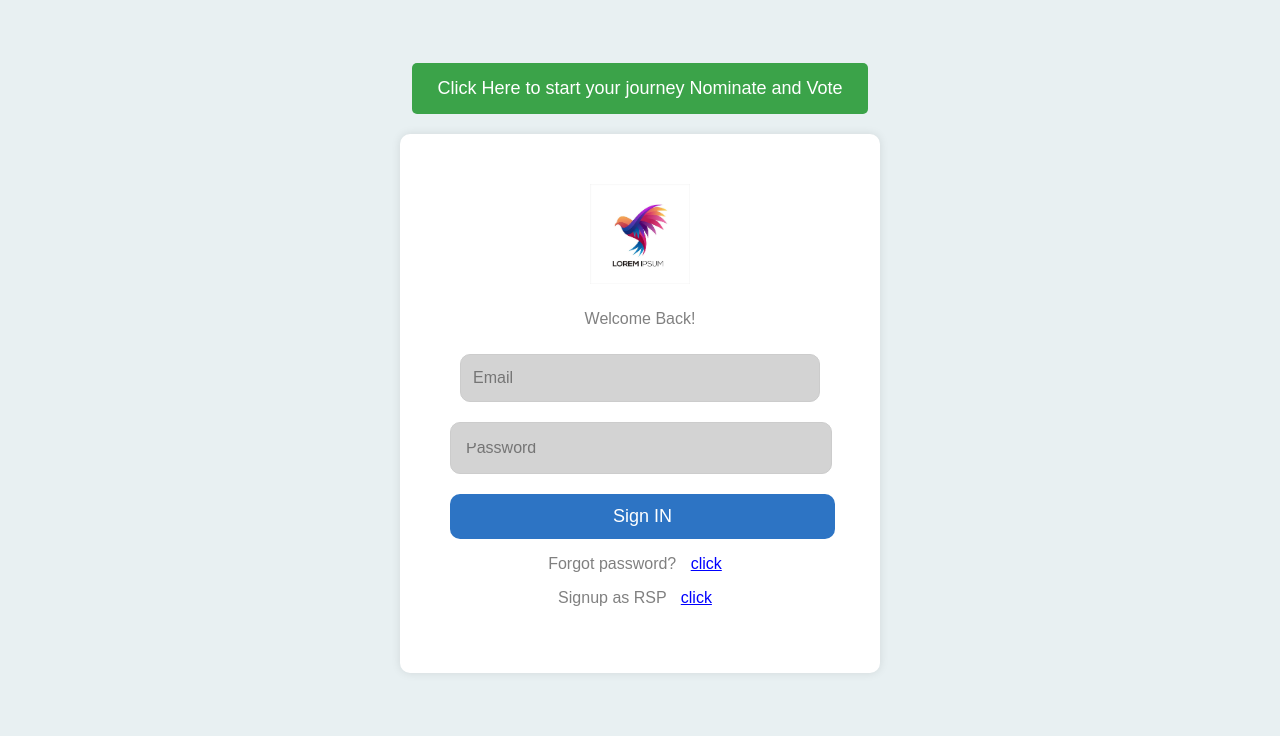
Repository: Femi007-gh/welcome
Page: index.html
These files come from the project's save history. The page is drawn as it stood at one moment and after a run of saves; the edit follows.
The browser window is 1280 px wide. The pictures show the whole page.

Above is the page before, as saved 2025-03-10 18:49:39.

### index.html
<html>
<head>
    <title>Login Page</title>
    <link rel="stylesheet" href="style.css">
</head>
<body>
    <button class="green-button">Click Here to start your journey Nominate and Vote</button>
    <div class="container">
        <img src="Logo.jpg" alt="Nigerian Shippers Council Logo">
        <p>Welcome Back!</p>
        <input type="email" placeholder="Email" class="lit">
        <div class="password-container">
            <input type="password" placeholder="Password" class="fit">
        </div>
        <button class="sign-in-button">Sign IN</button>
        <div class="links">
            <p class="under">Forgot password? <a href="#" class="underline">click</a> </p>
            <p class="under">Signup as RSP  <a href="#" class="underline">click</a></p>
    </div>
</body>
</html>

### style.css
body {
  font-family: Arial, sans-serif;
  background-color: #e8f0f2;
  display: flex;
  justify-content: center;
  align-items: center;
  height: 100vh;
  flex-direction: column;
}
.green-button {
  background-color: #3ba349;
  color: white;
  padding: 15px 25px;
  border: none;
  border-radius: 5px;
  cursor: pointer;
  margin-bottom: 20px;
  font-size: 18px;
}
.container {
  background-color: white;
  padding: 50px;
  border-radius: 10px;
  box-shadow: 0 0 10px rgba(0, 0, 0, 0.1);
  text-align: center;
  width: 380px;
}
.container img {
  width: 100px;
  margin-bottom: 10px;
}
p {
  color: gray;
}
input {
  width: calc(100% - 20px);
  padding: 12px;
  margin: 10px 0;
  border: 1px solid #ccc;
  border-radius: 10px;
  font-size: 16px;
  background: #d3d3d3;
}
.password-container {
  display: flex;
  align-items: center;
  background: #d3d3d3;
  border: 1px solid #ccc;
  border-radius: 10px;
  padding: 10px;
  width: calc(100% - 20px);
  margin: 10px 0;
}
.password-container input {
  border: none;
  outline: none;
  flex: 1;
  background: transparent;
  padding: 5px;
}
.password-container i {
  cursor: pointer;
  font-size: 18px;
  margin-left: 10px;
}
.sign-in-button {
  background-color: #2d74c4;
  color: white;
  padding: 12px;
  border: none;
  border-radius: 10px;
  cursor: pointer;
  width: 100%;
  font-size: 18px;
  margin-top: 10px;
  width: 385px;
}
.links {
  margin-top: 10px;
  font-size: 16px;
}
.links a {
  color: gray;
  text-decoration: none;
  margin: 0 10px;
}
.links a.underline {
  color: blue;
  text-decoration: underline;
}
.fit {
height: 3px;
}
.lit{
height: 48px;
width:
}

After the next 3 saves:
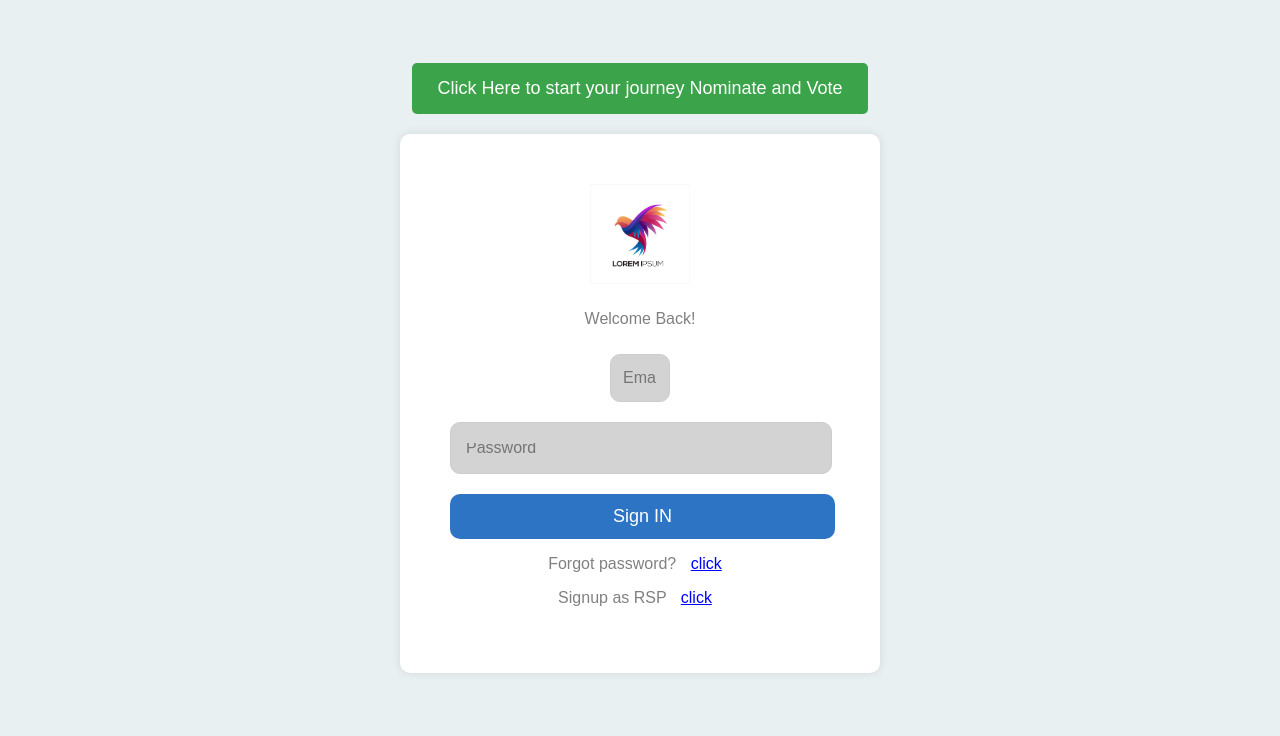
The 3 saves are shown as one change because they came seconds apart.
The last was saved 9 s later.
--- a/style.css
+++ b/style.css
@@ -93,5 +93,5 @@
 }
 .lit{
 height: 48px;
-width:
+width: 60px;
 }
